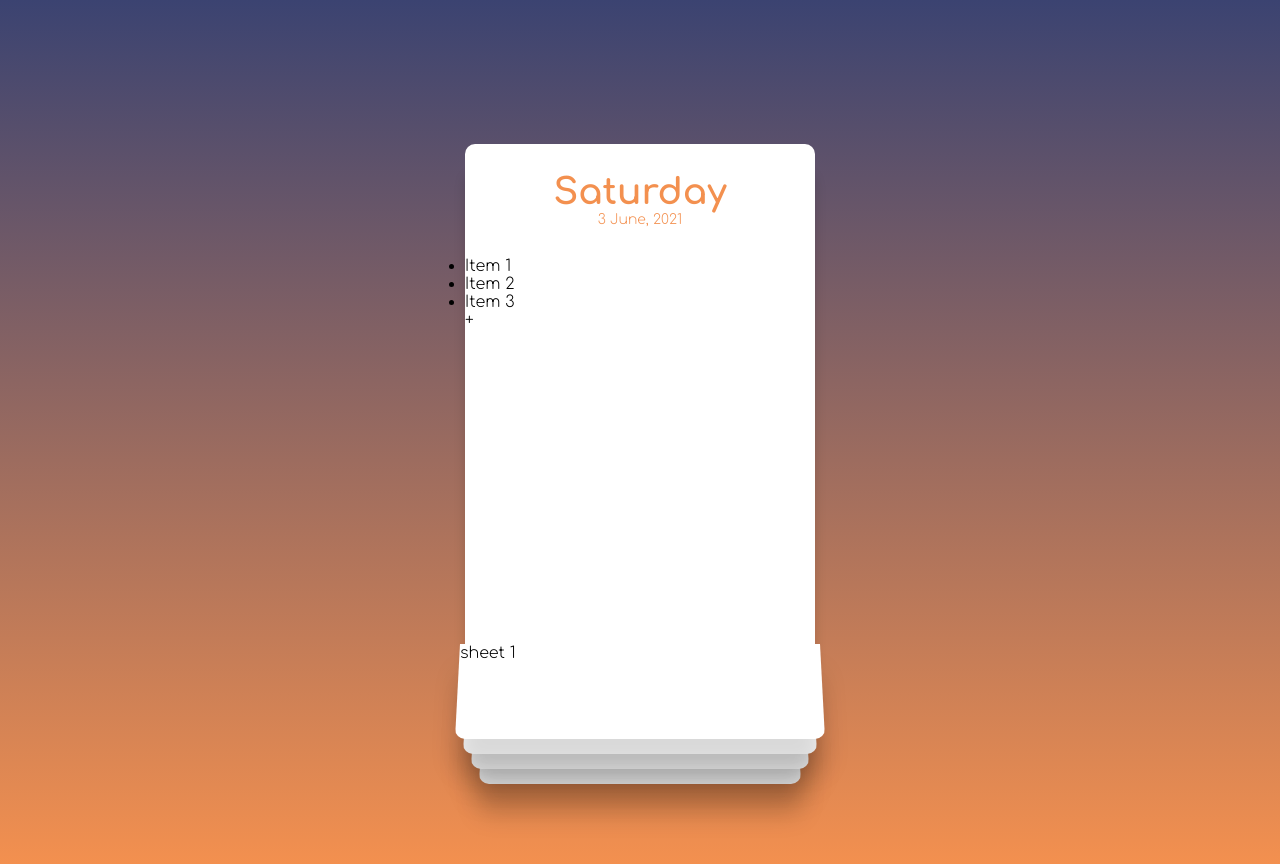
Repository: Colo-Codes/mini-projects
Page: todo-app/index.html
The author's editor kept a copy of each file at every save. The page is drawn from the files as they stood at one save, then again after the next save.
The browser window is 1280 px wide. The pictures show the whole page.

Above is the page before, as saved 2021-07-04 11:55:22.

After the next save:
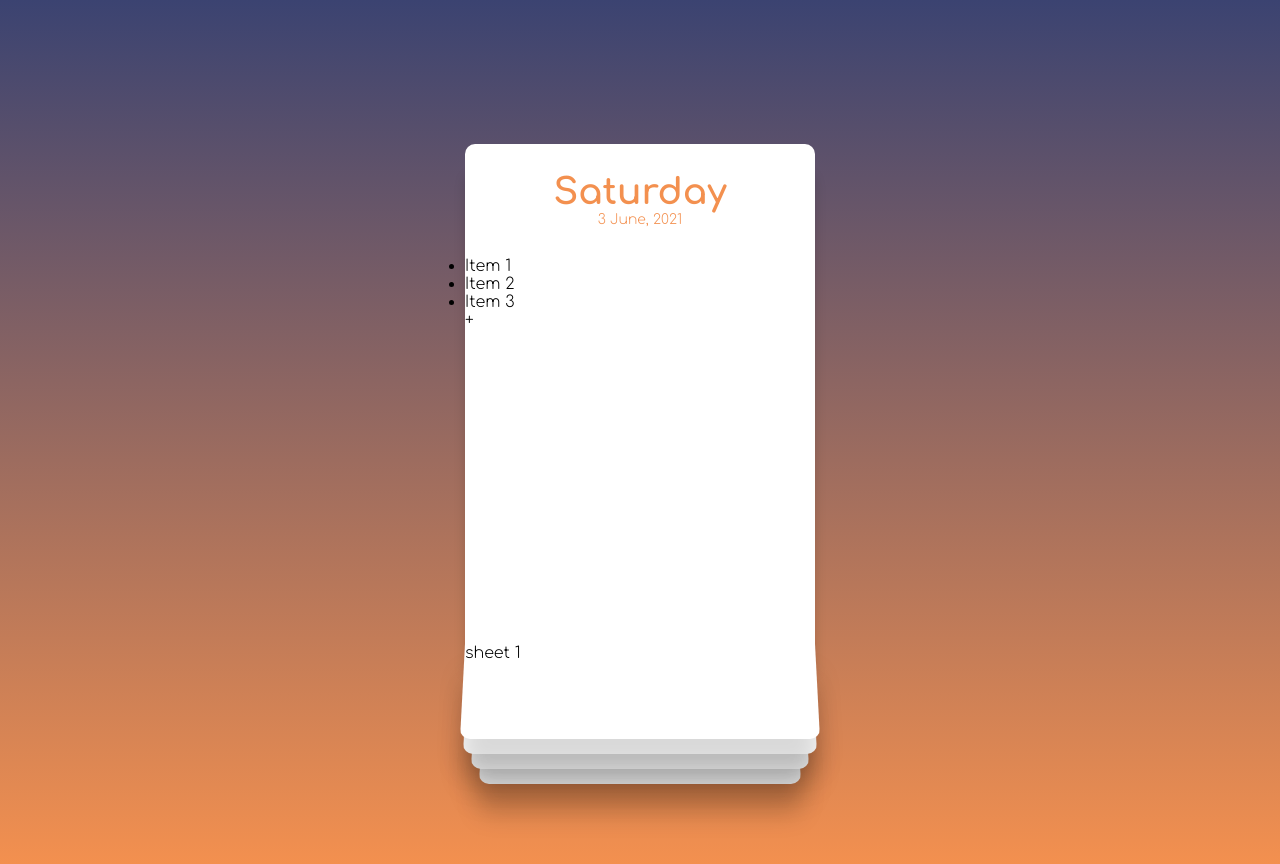
Saved 8 s later.
--- a/todo-app/css/index.css
+++ b/todo-app/css/index.css
@@ -63,7 +63,7 @@ div [id^='sheet-'] {
     border-right: 5px solid transparent;
 }
 #sheet-1-3d {
-    width: 370px;
+    width: 360px;
     height: 95px;
     margin: auto;
     border-radius: 0 0 10px 10px;
